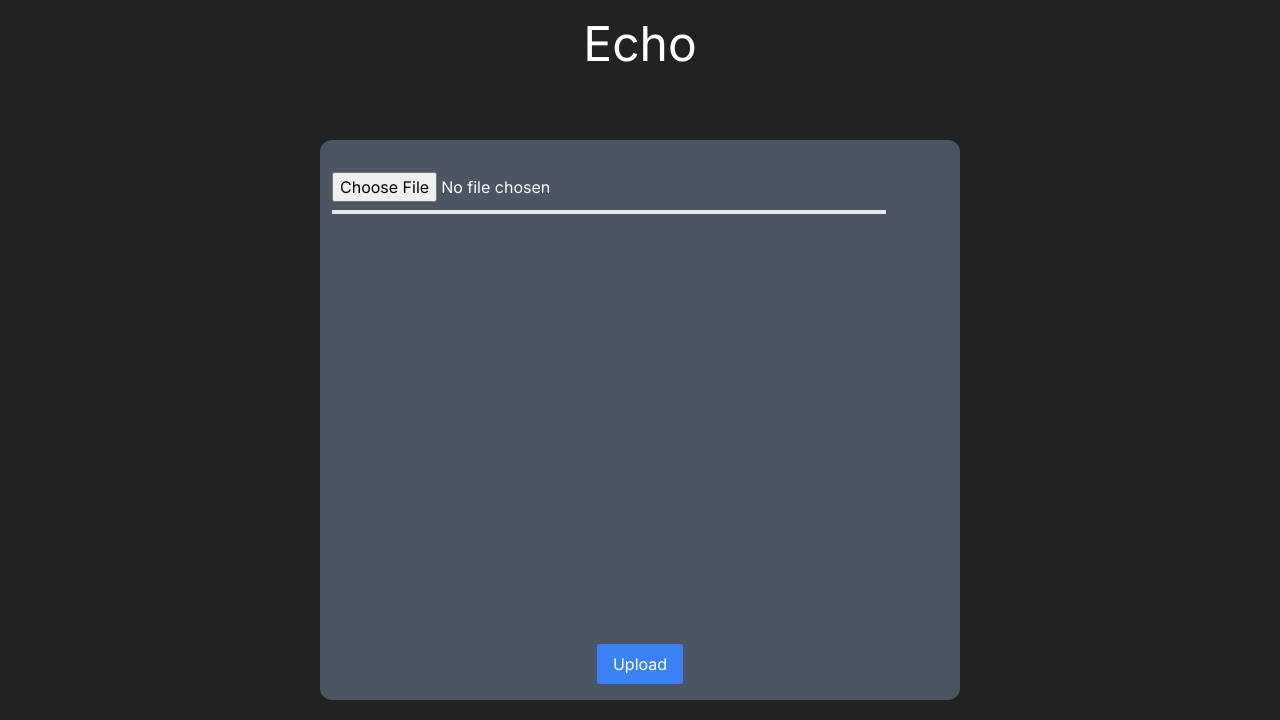
Repository: MikeeBuilds/whisperer
Page: /
The author's editor kept a copy of each file at every save. The page is drawn from the files as they stood at one save, then again after the next save.
The browser window is 1280 px wide. The pictures show the whole page.
The project was rebuilt for these pictures with package versions that can differ from the ones it lists, and the page was loaded fresh each time. The framework's server and built-in components were replaced by stand-ins that run in the browser. Also part of the build but not shown: next.config.js.

Above is the page before, as saved 2023-06-26 15:49:42.

### src/app/page.tsx
'use client'

import { useState } from "react"


export default function Home() {
  const [theFile, setTheFile] = useState<File | null>(null);
  const [isLoading, setIsLoading] = useState(false);
  const [response, setResponse] = useState("");

  const handleFileChange = (event: React.ChangeEvent<HTMLInputElement>) => {
    const file = event.currentTarget.files?.[0];
    if (!file) return;

    setTheFile(file);
  };

  const callGetTranscription = async () => {
    setIsLoading(true);

    if (!theFile) {
      // Handle the case when no file is selected
      setIsLoading(false);
      return;
    }

    if (!theFile) {
      // Handle the case when no file is selected
      setIsLoading(false);
      return;
    }


//below this

    const formData = new FormData();
    formData.set("file", theFile);

    try {
      const response = await fetch("/api", {
        method: "POST",
        body: formData,
      });

      if (response.ok) {
        // Handle the success response
        console.log("File uploaded successfully");
      } else {
        // Handle the error response
        console.error("Failed to upload file");
      }

      const data = await response.json();

      setResponse(data.output.text);
    } catch (error) {
      // Handle any errors
      console.error("An error occurred while uploading the file", error);
    }

    setTheFile(null);
    setIsLoading(false);
  };

  return (
    <main className="flex min-h-screen flex-col items-center justify-between px-24 py-5">
      <h1 className="text-5xl font-sans">Echo </h1>

      <div className="flex  h-[35rem] w-[40rem] flex-col items-center bg-gray-600 rounded-xl">
        <div className=" h-full flex flex-col gap-2 overflow-y-auto py-8 px-3 w-full">
          <input type="file" accept=".wav, .mp3" onChange={handleFileChange} />

          <div className="w-[90%] h-max border-2 break-words">
            {isLoading ? "Loading..." : response ? response : ""}
          </div>
        </div>
        <div className="relative  w-[80%] bottom-4 flex justify-center">
          <button
            onClick={callGetTranscription}
            className="w-max bg-blue-500 px-4 py-2 rounded-sm "
          >
            Upload
          </button>
        </div>
      </div>
    </main>
  );
}

### src/app/globals.css
@tailwind base;
@tailwind components;
@tailwind utilities;

body {

  background: #222222 ;
  color: white;

}

### tailwind.config.js
/** @type {import('tailwindcss').Config} */
module.exports = {
  content: [
    './src/pages/**/*.{js,ts,jsx,tsx,mdx}',
    './src/components/**/*.{js,ts,jsx,tsx,mdx}',
    './src/app/**/*.{js,ts,jsx,tsx,mdx}',
  ],
  theme: {
    extend: {
      fontFamily: {
        sans: ['var(--font-inter)'],
      },
    },
  },
  plugins: [],
}

Loaded but not shown: src/app/layout.tsx (common file)

After the next save:
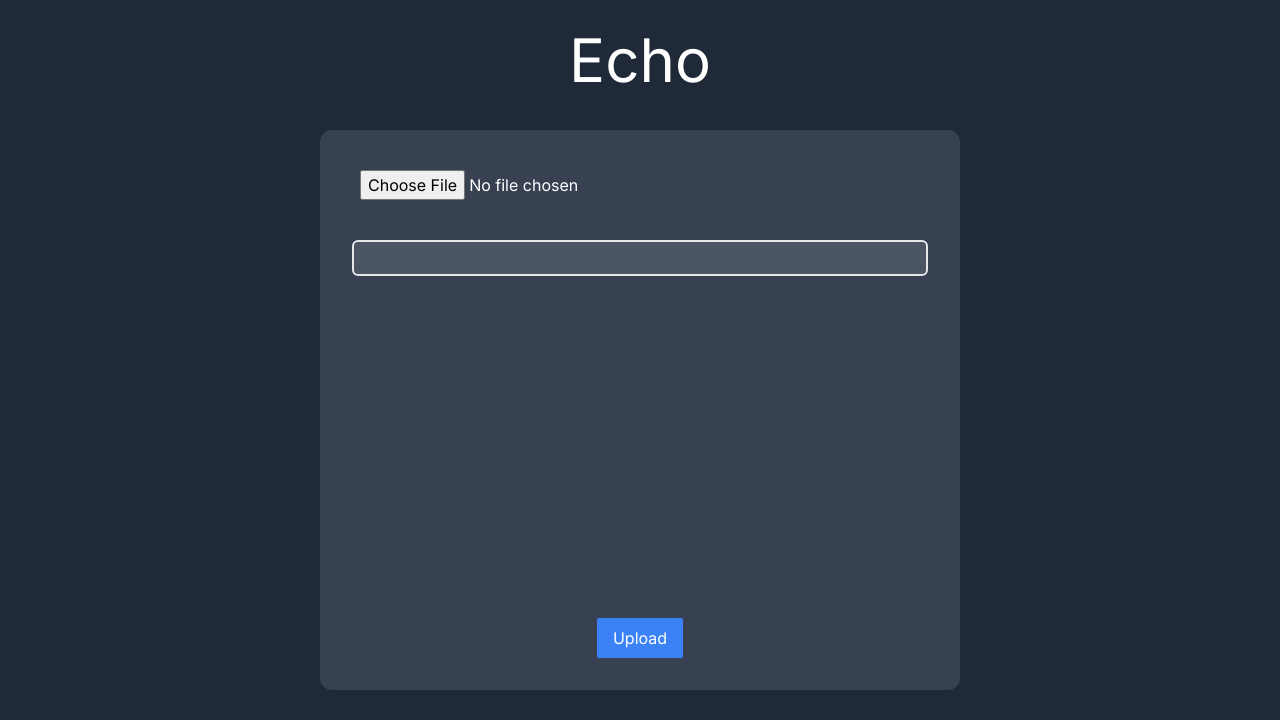
Saved 3 min 29 s later.
--- a/src/app/page.tsx
+++ b/src/app/page.tsx
@@ -1,7 +1,6 @@
 'use client'
 
 import { useState } from "react"
-
 
 export default function Home() {
   const [theFile, setTheFile] = useState<File | null>(null);
@@ -23,15 +22,6 @@
       setIsLoading(false);
       return;
     }
-
-    if (!theFile) {
-      // Handle the case when no file is selected
-      setIsLoading(false);
-      return;
-    }
-
-
-//below this
 
     const formData = new FormData();
     formData.set("file", theFile);
@@ -63,21 +53,21 @@
   };
 
   return (
-    <main className="flex min-h-screen flex-col items-center justify-between px-24 py-5">
-      <h1 className="text-5xl font-sans">Echo </h1>
+    <main className="flex min-h-screen flex-col items-center justify-center px-24 py-5 bg-gray-800 text-white">
+      <h1 className="text-6xl font-sans mb-10">Echo</h1>
 
-      <div className="flex  h-[35rem] w-[40rem] flex-col items-center bg-gray-600 rounded-xl">
-        <div className=" h-full flex flex-col gap-2 overflow-y-auto py-8 px-3 w-full">
-          <input type="file" accept=".wav, .mp3" onChange={handleFileChange} />
+      <div className="flex h-[35rem] w-[40rem] flex-col items-center bg-gray-700 rounded-xl p-8">
+        <div className="h-full flex flex-col gap-4 overflow-y-auto w-full">
+          <input type="file" accept=".wav, .mp3" onChange={handleFileChange} className="mb-4 p-2" />
 
-          <div className="w-[90%] h-max border-2 break-words">
+          <div className="w-full h-max border-2 break-words p-4 bg-gray-600 rounded-md">
             {isLoading ? "Loading..." : response ? response : ""}
           </div>
         </div>
-        <div className="relative  w-[80%] bottom-4 flex justify-center">
+        <div className="w-full mt-4 flex justify-center">
           <button
             onClick={callGetTranscription}
-            className="w-max bg-blue-500 px-4 py-2 rounded-sm "
+            className="w-max bg-blue-500 px-4 py-2 rounded-sm hover:bg-blue-600 transition-colors duration-200"
           >
             Upload
           </button>

After the save that followed:
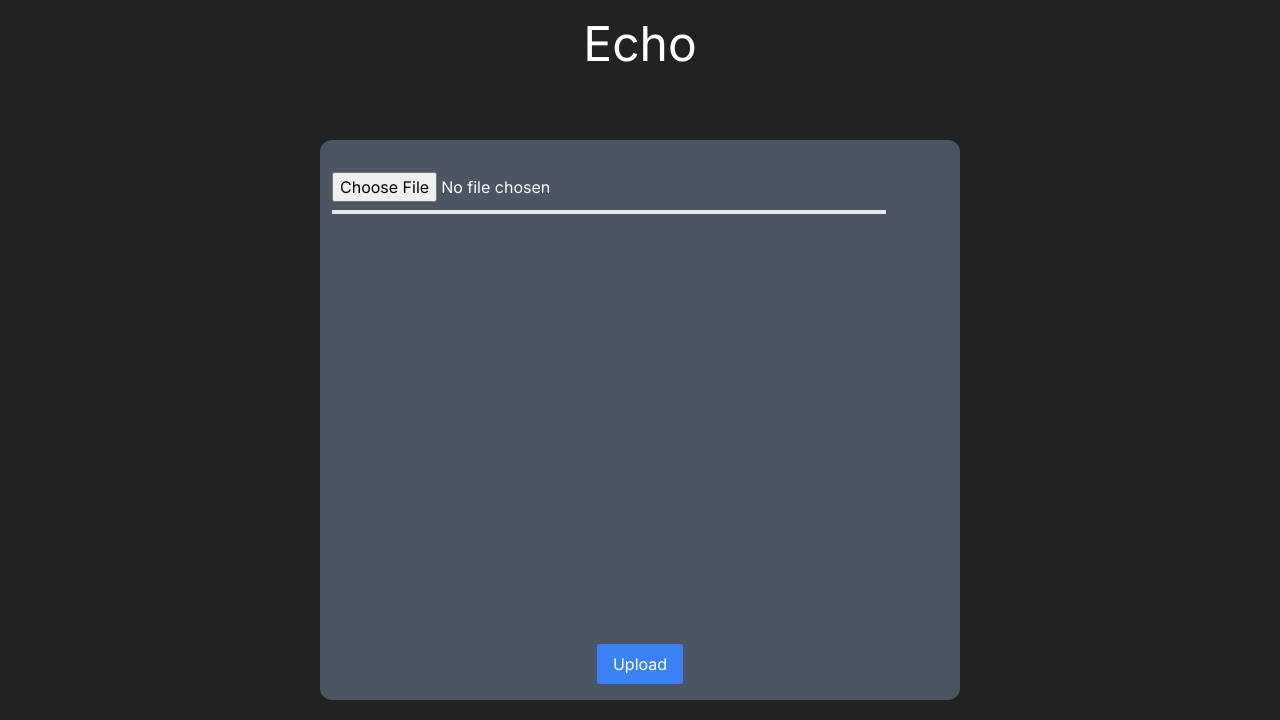
Saved 5 s later.
--- a/src/app/page.tsx
+++ b/src/app/page.tsx
@@ -1,6 +1,7 @@
 'use client'
 
 import { useState } from "react"
+
 
 export default function Home() {
   const [theFile, setTheFile] = useState<File | null>(null);
@@ -22,6 +23,15 @@
       setIsLoading(false);
       return;
     }
+
+    if (!theFile) {
+      // Handle the case when no file is selected
+      setIsLoading(false);
+      return;
+    }
+
+
+//below this
 
     const formData = new FormData();
     formData.set("file", theFile);
@@ -53,21 +63,21 @@
   };
 
   return (
-    <main className="flex min-h-screen flex-col items-center justify-center px-24 py-5 bg-gray-800 text-white">
-      <h1 className="text-6xl font-sans mb-10">Echo</h1>
+    <main className="flex min-h-screen flex-col items-center justify-between px-24 py-5">
+      <h1 className="text-5xl font-sans">Echo </h1>
 
-      <div className="flex h-[35rem] w-[40rem] flex-col items-center bg-gray-700 rounded-xl p-8">
-        <div className="h-full flex flex-col gap-4 overflow-y-auto w-full">
-          <input type="file" accept=".wav, .mp3" onChange={handleFileChange} className="mb-4 p-2" />
+      <div className="flex  h-[35rem] w-[40rem] flex-col items-center bg-gray-600 rounded-xl">
+        <div className=" h-full flex flex-col gap-2 overflow-y-auto py-8 px-3 w-full">
+          <input type="file" accept=".wav, .mp3" onChange={handleFileChange} />
 
-          <div className="w-full h-max border-2 break-words p-4 bg-gray-600 rounded-md">
+          <div className="w-[90%] h-max border-2 break-words">
             {isLoading ? "Loading..." : response ? response : ""}
           </div>
         </div>
-        <div className="w-full mt-4 flex justify-center">
+        <div className="relative  w-[80%] bottom-4 flex justify-center">
           <button
             onClick={callGetTranscription}
-            className="w-max bg-blue-500 px-4 py-2 rounded-sm hover:bg-blue-600 transition-colors duration-200"
+            className="w-max bg-blue-500 px-4 py-2 rounded-sm "
           >
             Upload
           </button>
